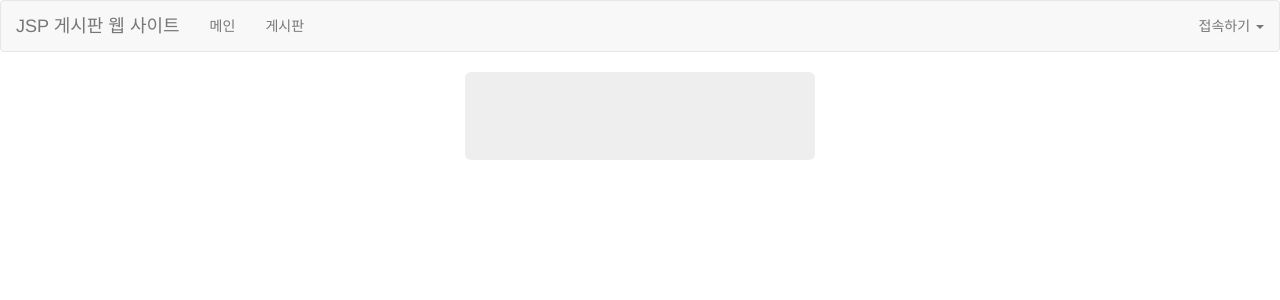
Repository: TheChok/BbsClone
Page: http://localhost/BBS/join.jsp
These files come from the project's save history. The page is drawn as it stood at one moment and after the next save; the edit follows.
The browser window is 1280 px wide. The pictures show the whole page.
Some web libraries are served in a nearby version. The page is served by Tomcat 9.

Above is the page before, as saved 2023-09-20 11:58:14.

After the next save:
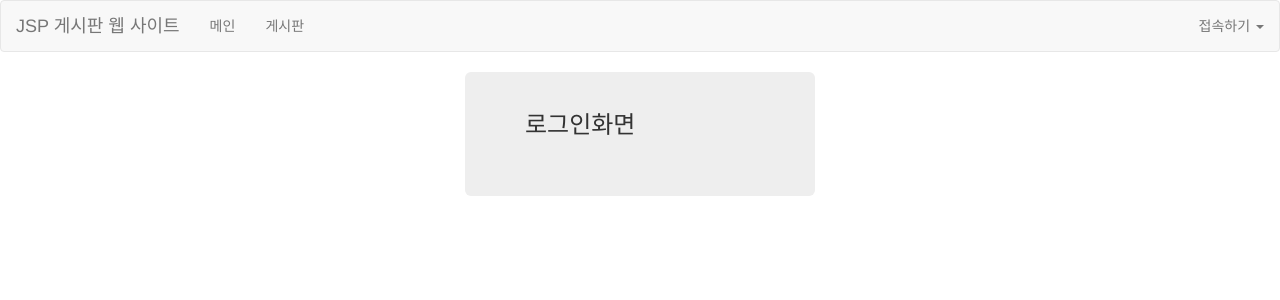
Saved 5 s later.
--- a/BBS/src/main/webapp/join.jsp
+++ b/BBS/src/main/webapp/join.jsp
@@ -55,7 +55,7 @@
 		<div class="col-lg-4">
 			<div class="jumbotron" style="padding-top:20px;">
 				<form method="post" action="loginAction.jsp">
-					<h3 style="text-aligh:center;"></h3>
+					<h3 style="text-aligh:center;">로그인화면</h3>
 				</form>
 			</div>
 		</div>
